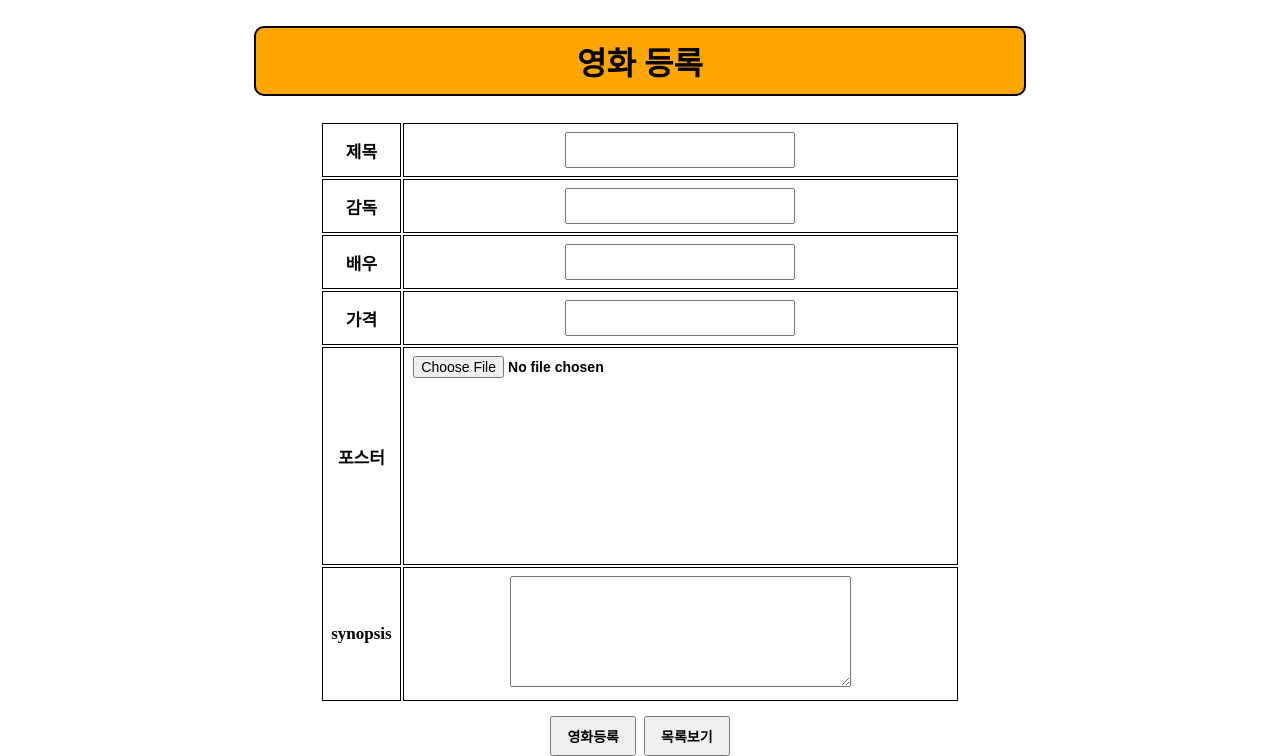
Repository: EverythingOfC/movie
Page: http://localhost/movie/movie/insert.jsp
The author's editor kept a copy of each file at every save. The page is drawn from the files as they stood at one save, then again after the next save.
The browser window is 1280 px wide. The pictures show the whole page.
The page is served by Tomcat 9. Nobody is signed in. The application's start-up code is not run.

Above is the page before, as saved 2023-01-02 04:11:10.

After the next save:
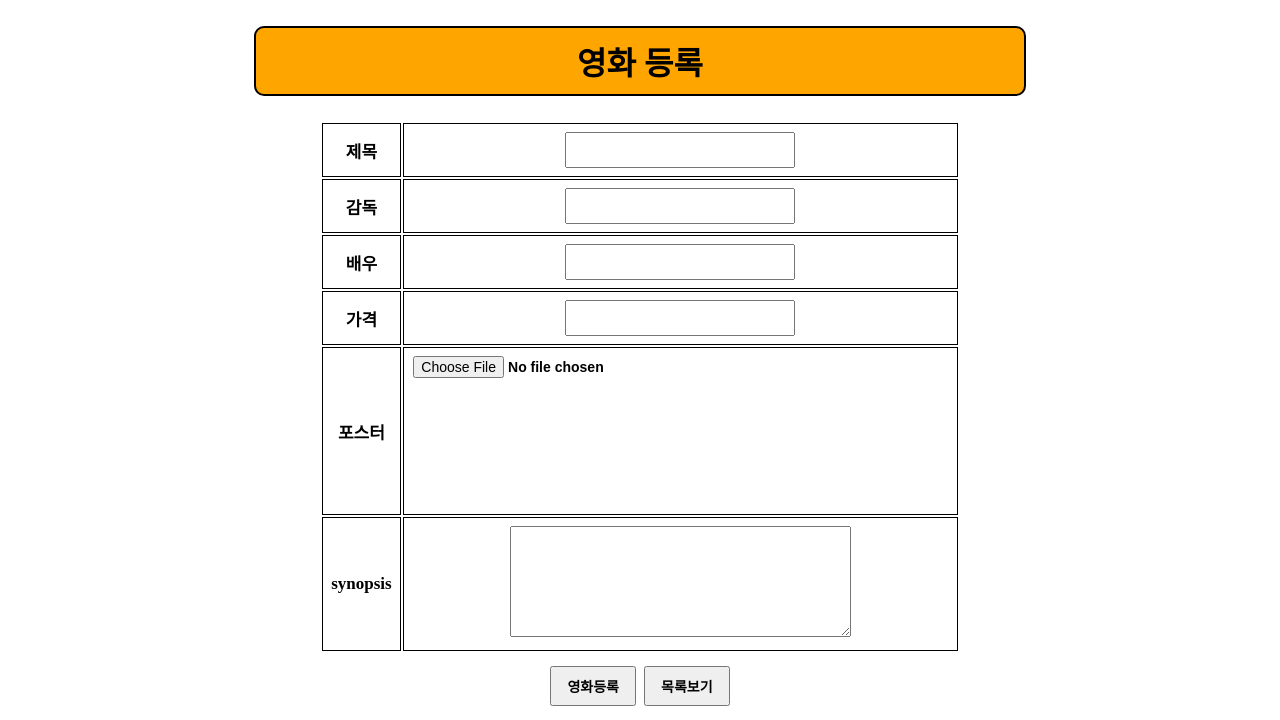
Saved 4 s later.
--- a/movie/src/main/webapp/movie/insert.jsp
+++ b/movie/src/main/webapp/movie/insert.jsp
@@ -43,7 +43,7 @@
 
 		<tr>
 		<th>포스터</th>
-		<td><div><input type="file" name="poster" onchange="readURL(this);" style="width:500px; height:200px; padding:0; text-align:center;">
+		<td><div><input type="file" name="poster" onchange="readURL(this);" style="width:500px; height:150px; padding:0; text-align:center;">
 		<img id="preview"/></div></td>
 		</tr>
 
